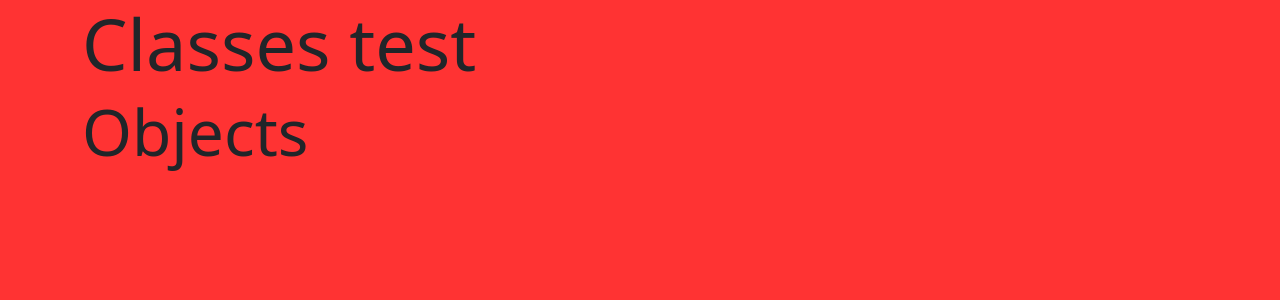
Repository: danieltikamori/wdb
Page: JavaScript/JS-classes/index.html
These files come from the project's save history. The page is drawn as it stood at one moment and after the next save; the edit follows.
The browser window is 1280 px wide. The pictures show the whole page.

Above is the page before, as saved 2023-01-29 12:21:45.

After the next save:
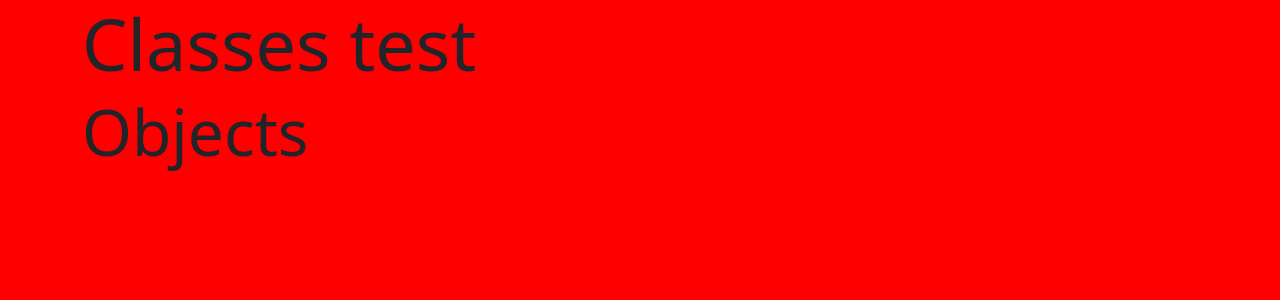
Saved 4 s later.
--- a/JavaScript/JS-classes/app.js
+++ b/JavaScript/JS-classes/app.js
@@ -41,3 +41,4 @@ const white = new Color(255, 255, 255, "white");
 
 //try on console:
 document.body.style.backgroundColor = red.methodRGBA(0.8);
+document.body.style.backgroundColor = red.methodRGB();

After the save that followed:
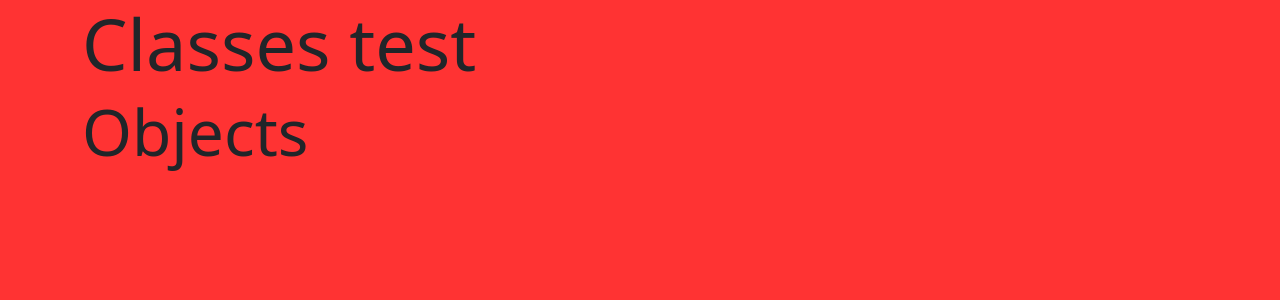
Console error: TypeError: Cannot read properties of undefined (reading 'style')
Saved 4 s later.
--- a/JavaScript/JS-classes/app.js
+++ b/JavaScript/JS-classes/app.js
@@ -41,4 +41,4 @@ const white = new Color(255, 255, 255, "white");
 
 //try on console:
 document.body.style.backgroundColor = red.methodRGBA(0.8);
-document.body.style.backgroundColor = red.methodRGB();
+document.h1.style.backgroundColor = red.methodRGB();
